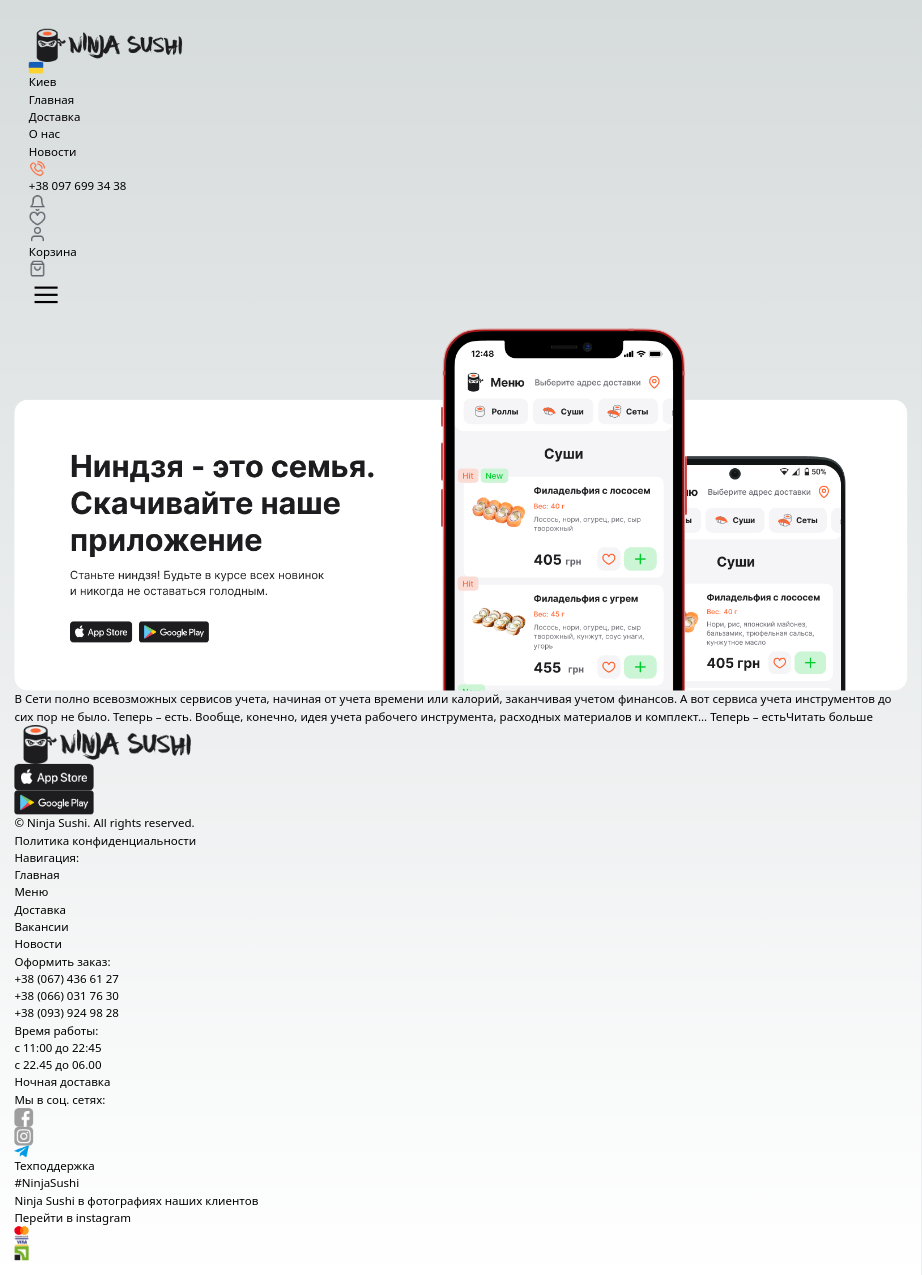
Repository: shokirovG/loyiha
Page: /News
An editor plug-in stored every save of this project. The page is shown before and after the next save, followed by the edit.
The browser window is 1280 px wide. The pictures show the whole page, at 72% of full size.
The project was rebuilt for these pictures with package versions that can differ from the ones it lists, and the page was loaded fresh each time. The framework's server and built-in components were replaced by stand-ins that run in the browser. Also part of the build but not shown: next.config.js, Components/Categories.jsx, Components/OpenNav.jsx.

Above is the page before, as saved 2023-07-01 13:15:45.

### pages/News.jsx
import { Header, Slider } from "@/Components";
import Footer from "@/Components/Footer";
import React from "react";

const News = () => {
  return (
    <div className="container p-5">
      <Header />
      <Slider />
      <Footer />
    </div>
  );
};

export default News;

### Components/index.js
export { default as Header } from "./Header";
export { default as Burger } from "./Burger";
export { default as Categories } from "./Categories";
export { default as Slider } from "./Slider";
export { default as OpenNav } from "./OpenNav";

### Components/Footer.jsx
import Image from "next/image";
import Link from "next/link";
import React from "react";

const Footer = () => {
  return (
    <div className="bigOne w-[100%] min-h-[160vh] gap-[50px] text-[16px] text-[#9E9E9E] flex flex-col justify-between mt-10">
      <Image src={"/imgs/play.png"} width={1500} height={644} />
      <p className="paragraph w-[60%] text-center m-auto">
        В Сети полно всевозможных сервисов учета, начиная от учета времени или
        калорий, заканчивая учетом финансов. А вот сервиса учета инструментов до
        сих пор не было. Теперь – есть. Вообще, конечно, идея учета рабочего
        инструмента, расходных материалов и комплект... Теперь – есть
        <span className="float-right text-[#00CC2D] mt-2">Читать больше</span>
      </p>
      <div className="footer flex items-center justify-evenly max-w-[100%] bg-white min-h-[376px] rounded-lg">
        <div className="w-[246px] h-[248px] flex flex-col items-center justify-between">
          <div className="w-[246px] h-[156px] flex flex-col items-center justify-around">
            <Image src={"/imgs/logo.png"} width={246} height={59} />
            <div className="w-[246px] flex justify-around">
              <Image src={"/imgs/appstore.png"} width={110} height={37} />
              <Image src={"/imgs/google.png"} width={110} height={37} />
            </div>
            <span className="text-[14px]">
              © Ninja Sushi. All rights reserved.
            </span>
          </div>
          <span className="text-[14px] text-[#1D1D1F] font-[500]">
            Политика конфиденциальности
          </span>
        </div>
        <div className="footer_items max-w-[754px] min-h-[184px] flex justify-between gap-10 mb-5">
          <ul className="flex flex-col gap-[5px] w-[101px] h-[100%]">
            <li className="text-[14px] text-[#686870]">Навигация:</li>
            <li>
              <Link
                className="text-[16px] text-[#1D1D1F] font-[500]"
                href={"/"}
              >
                Главная
              </Link>
            </li>
            <li>
              <Link
                className="text-[16px] text-[#1D1D1F] font-[500]"
                href={"#"}
              >
                Меню
              </Link>
            </li>
            <li>
              <Link
                className="text-[16px] text-[#1D1D1F] font-[500]"
                href={"#"}
              >
                Доставка
              </Link>
            </li>
            <li>
              <Link
                className="text-[16px] text-[#1D1D1F] font-[500]"
                href={"#"}
              >
                Вакансии
              </Link>
            </li>
            <li>
              <Link
                className="text-[16px] text-[#1D1D1F] font-[500]"
                href={"#"}
              >
                Новости
              </Link>
            </li>
          </ul>

          <ul className="w-[168px] h-[120px] flex flex-col items-start gap-[5px]">
            <li className="text-[14px] text-[#686870]">Оформить заказ:</li>
            <li>
              <Link
                className="text-[16px] text-[#1D1D1F] font-[500]"
                href={"/"}
              >
                +38 (067) 436 61 27
              </Link>
            </li>
            <li>
              <Link
                className="text-[16px] text-[#1D1D1F] font-[500]"
                href={"#"}
              >
                +38 (066) 031 76 30
              </Link>
            </li>
            <li>
              <Link
                className="text-[16px] text-[#1D1D1F] font-[500]"
                href={"#"}
              >
                +38 (093) 924 98 28
              </Link>
            </li>
          </ul>

          <ul className="w-[137px] h-[120px] flex flex-col items-start gap-[5px]">
            <li className="text-[14px] text-[#686870]">Время работы:</li>
            <li>
              <Link
                className="text-[16px] text-[#1D1D1F] font-[500]"
                href={"/"}
              >
                с 11:00 до 22:45
              </Link>
            </li>
            <li>
              <Link
                className="text-[16px] text-[#1D1D1F] font-[500]"
                href={"#"}
              >
                с 22.45 до 06.00
              </Link>
            </li>
            <li className="text-[14px] text-[#686870]">Ночная доставка</li>
          </ul>

          <div className="w-[174px] h-[120px] flex flex-col gap-[12px]">
            <span>Мы в соц. сетях:</span>
            <div className="flex w-[64px] h-[26px] justify-between">
              <Image src={"/imgs/face.png"} width={26} height={26} />
              <Image src={"/imgs/insta.png"} width={26} height={26} />
            </div>
            <button className="w-[160px] h-[40px] bg-[#F5F5F7] rounded-lg flex justify-around items-center p-[12px]">
              <Image src={"/imgs/telegram.png"} width={20} height={16} />
              <Link
                className="text-[#039BE5] text-[16px] font-mono font-[500]"
                href={"#"}
              >
                Техподдержка
              </Link>
            </button>
          </div>
        </div>
        <div className="others w-[246px] min-h-[248px] flex flex-col justify-between pt-[20px] items-center">
          <div className="w-[246px] h-[194] gap-[5px] flex flex-col">
            <h1
              className="title text-[42px] text-[#1D1D1F] font-[700]"
              id="title"
            >
              #NinjaSushi
            </h1>
            <p className="text-[#9E9E9E] text-[16px] line-[24px]" id="texts">
              Ninja Sushi в фотографиях наших клиентов
            </p>
            <button
              id="button"
              className="w-[246px] h-[56px] bg-[#F5F5F7] rounded-[12px] text-[#00CC2D] font-[500] text-[16px] font-[Inter]"
            >
              <Link href={"https://www.instagram.com/bektoshevich_01/"}>
                Перейти в instagram
              </Link>
            </button>
          </div>
          <div className="flex w-[105px] h-[18px] justify-around">
            <Image src={"/imgs/master.png"} width={20} height={16} />
            <Image src={"/imgs/visa.png"} width={20} height={16} />
            <Image src={"/imgs/pg.png"} width={20} height={16} />
          </div>
        </div>
      </div>
    </div>
  );
};

export default Footer;

### Components/Header.jsx
"use client";

import React from "react";
import Image from "next/image";
import { Burger } from ".";
import Link from "next/link";

const Header = () => {
  return (
    <header className="sm:w-auto p-5 md:flex lg:flex xl:flex items-center w-screen justify-around h-24 bg-white mb-[16px]">
      <div className="w-52 h-12">
        <Link href="/" className="">
          <Image src="/imgs/logo.PNG" alt="logo" width={214} height={48} />
        </Link>
      </div>
      <div className="w-3/4 sm:flex md:flex md:items-center md:justify-between lg:flex lg:items-center lg:justify-between">
        <ul className="lg:flex xl:flex md:flex 2xl:flex items-center w-3/6 justify-between gap-12 md:gap-2 lg:gap-12">
          <li className="flex w-20 justify-between items-center g-4 h-3">
            <Image src="/imgs/flag.PNG" alt="logo" width={20} height={2} />
            <a href="#" className="ml-2">
              Киев
            </a>
          </li>
          <li className="">
            <a href="#" className="">
              Главная
            </a>
          </li>
          <li className="">
            <a href="#" className="">
              Доставка
            </a>
          </li>
          <li className="w-12 flex">
            <a href="#" className="w-12">
              О нас
            </a>
          </li>
          <li className="">
            <a href="#" className="">
              Новости
            </a>
          </li>
          <li className="flex items-center">
            <a href="#" className="w-48 justify-around flex items-center">
              <Image src="/imgs/tel.PNG" alt="logo" width={24} height={24} />
              <span>+38 097 699 34 38</span>
            </a>
          </li>
        </ul>
        <div className="flex items-center w-80 h-14">
          <div className="flex w-12 border items-center justify-center h-12 rounded-lg">
            <Image src="/imgs/bell.PNG" alt="logo" width={24} height={24} />
          </div>
          <div className="flex w-12 border items-center ml-2 justify-center h-12 rounded-lg">
            <Image src="/imgs/like.PNG" alt="logo" width={24} height={24} />
          </div>
          <div className="flex w-12 border items-center ml-2 justify-center h-12 rounded-lg">
            <Image src="/imgs/person.PNG" alt="logo" width={24} height={24} />
          </div>
          <div className="flex w-32 justify-around ml-2 border items-center h-12 rounded-lg">
            <span>Корзина</span>
            <Image src="/imgs/cart.PNG" alt="logo" width={24} height={24} />
          </div>
        </div>
      </div>

      <Burger />
    </header>
  );
};
export default Header;

### Components/Burger.jsx
"use client";

import Hamburger from "hamburger-react";
import React, { useState } from "react";
import { OpenNav } from ".";

const Burger = () => {
  const [isOpen, settOpen] = useState(false);
  return (
    <div className="burger">
      <Hamburger toggled={isOpen} toggle={settOpen} />
      {isOpen ? <OpenNav /> : null}
    </div>
  );
};

export default Burger;

### Components/Slider.jsx
"use client";

import Image from "next/image";
import React, { useRef, useState } from "react";
import { Swiper, SwiperSlide } from "swiper/react";
import "swiper/css";
import "swiper/css/pagination";

import { Pagination } from "swiper";

export default function Slider() {
  return (
    <>
      <Swiper
        pagination={true}
        modules={[Pagination]}
        className="mySwiper h-[686px] w-[100%] mt-10"
      >
        <SwiperSlide>
          <div></div>
          {/* <Image src="/imgs/slide.png" width={1000} height={686} /> */}
        </SwiperSlide>
        <SwiperSlide>
          <div></div>
          {/* <Image src="/imgs/slide.png" width={1000} height={686} /> */}
        </SwiperSlide>
        <SwiperSlide>
          <div></div>
          {/* <Image src="/imgs/slide.png" width={1000} height={686} /> */}
        </SwiperSlide>
        <SwiperSlide>
          <div></div>
          {/* <Image src="/imgs/slide.png" width={1000} height={686} /> */}
        </SwiperSlide>
      </Swiper>
    </>
  );
}

Loaded but not shown: pages/_app.js (common file); pages/_document.js (common file); styles/globals.css (common file); tailwind.config.js (common file)

After the next save:
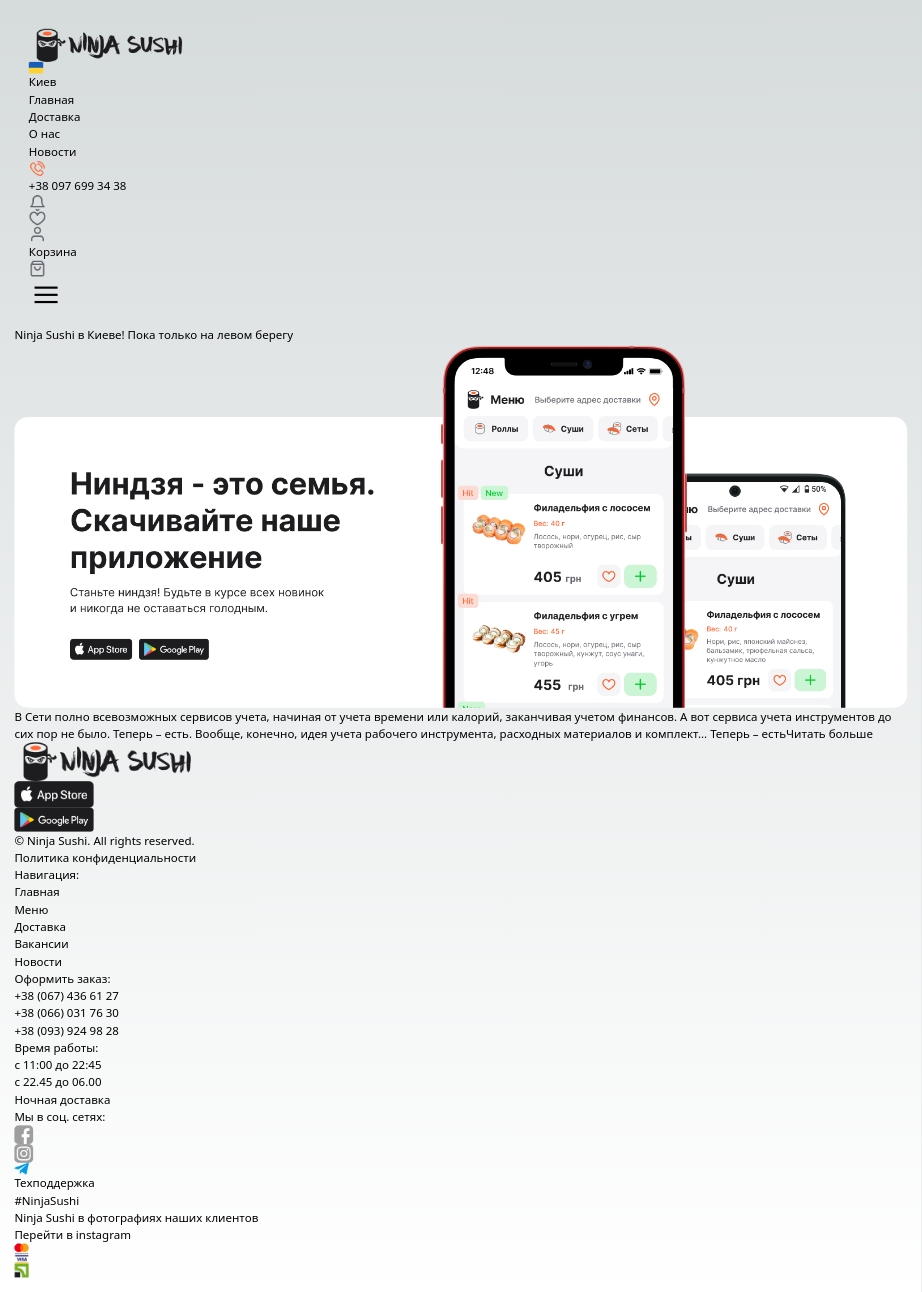
Saved 2 min 28 s later.
--- a/Components/Slider.jsx
+++ b/Components/Slider.jsx
@@ -17,19 +17,27 @@
         className="mySwiper h-[686px] w-[100%] mt-10"
       >
         <SwiperSlide>
-          <div></div>
+          <div>
+            <h1>Ninja Sushi  в Киеве! Пока только на левом берегу</h1>
+          </div>
           {/* <Image src="/imgs/slide.png" width={1000} height={686} /> */}
         </SwiperSlide>
         <SwiperSlide>
-          <div></div>
+          <div>
+            <h1>Ninja Sushi  в Киеве! Пока только на левом берегу</h1>
+          </div>
           {/* <Image src="/imgs/slide.png" width={1000} height={686} /> */}
         </SwiperSlide>
         <SwiperSlide>
-          <div></div>
+          <div>
+            <h1>Ninja Sushi  в Киеве! Пока только на левом берегу</h1>
+          </div>
           {/* <Image src="/imgs/slide.png" width={1000} height={686} /> */}
         </SwiperSlide>
         <SwiperSlide>
-          <div></div>
+          <div>
+            <h1>Ninja Sushi  в Киеве! Пока только на левом берегу</h1>
+          </div>
           {/* <Image src="/imgs/slide.png" width={1000} height={686} /> */}
         </SwiperSlide>
       </Swiper>

After the save that followed:
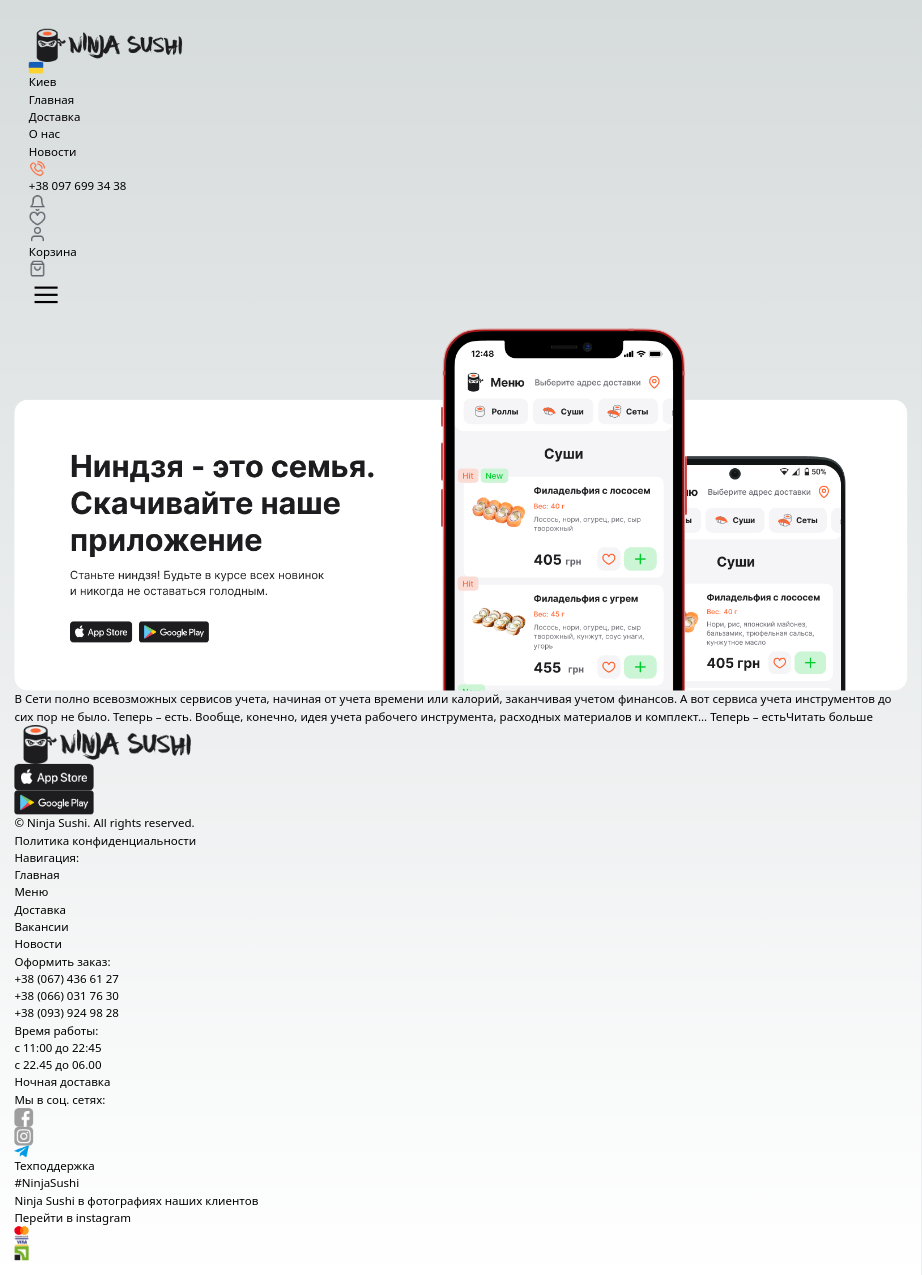
Saved 13 s later.
--- a/Components/Slider.jsx
+++ b/Components/Slider.jsx
@@ -18,25 +18,25 @@
       >
         <SwiperSlide>
           <div>
-            <h1>Ninja Sushi  в Киеве! Пока только на левом берегу</h1>
+            <h1></h1>
           </div>
           {/* <Image src="/imgs/slide.png" width={1000} height={686} /> */}
         </SwiperSlide>
         <SwiperSlide>
           <div>
-            <h1>Ninja Sushi  в Киеве! Пока только на левом берегу</h1>
+            <h1></h1>
           </div>
           {/* <Image src="/imgs/slide.png" width={1000} height={686} /> */}
         </SwiperSlide>
         <SwiperSlide>
           <div>
-            <h1>Ninja Sushi  в Киеве! Пока только на левом берегу</h1>
+            <h1></h1>
           </div>
           {/* <Image src="/imgs/slide.png" width={1000} height={686} /> */}
         </SwiperSlide>
         <SwiperSlide>
           <div>
-            <h1>Ninja Sushi  в Киеве! Пока только на левом берегу</h1>
+            <h1></h1>
           </div>
           {/* <Image src="/imgs/slide.png" width={1000} height={686} /> */}
         </SwiperSlide>
